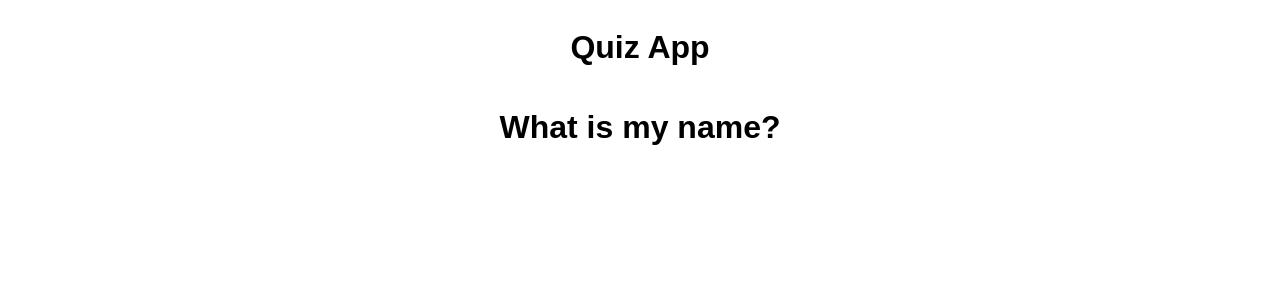
Repository: Wahid137/quiz-app
Page: /, after clicking the first element matching `button`
These files come from the project's save history. The page is drawn as it stood at one moment and after a run of saves; the edit follows.
The browser window is 1280 px wide. The pictures show the whole page.
The project was rebuilt for these pictures with package versions that can differ from the ones it lists, and the page was loaded fresh each time. Also part of the build but not shown: vite.config.js, src/components/EndScreen.jsx, src/index.css.

Above is the page before, as saved 2023-09-17 01:59:06.

### src/App.jsx
import { useState } from "react";
import "./App.css";
import { GameStateContext } from "./helpers/Context";
import Menu from "./components/Menu";
import Quiz from "./components/Quiz";
import EndScreen from "./components/EndScreen";

function App() {
  const [gameState, setGameState] = useState("menu");
  const [userName, setUserName] = useState("");
  const [score, setScore] = useState(0);

  return (
    <div className="App">
      <h1>Quiz App</h1>
      <GameStateContext.Provider
        value={{
          gameState,
          setGameState,
          userName,
          setUserName,
          score,
          setScore,
        }}
      >
        {gameState === "menu" && <Menu />}
        {gameState === "playing" && <Quiz />}
        {gameState === "finished" && <EndScreen />}
      </GameStateContext.Provider>
    </div>
  );
}

export default App;

### src/App.css
.App{
  text-align: center;
  font-family: arial;
  display: flex;
  justify-content: center;
  align-items: center;
  flex-direction: column;
}

.Menu{
  width: 500px;
  height: 500px;
  border-radius: 10px;
  background-color: lightseagreen;
  display: flex;
  flex-direction: column;
  justify-content: center;
  align-items: center;
}

.Menu input, button{
  width: 300px;
  height: 50px;
  margin: 5px;
  border: none;
  border-radius: 5px;
  font-size: 20px;

}

button:hover{
  background-color:black;
  color: white;
  cursor: pointer;
}

### src/components/Menu.jsx
import "../App.css";
import { useContext } from "react";
import { GameStateContext } from "../helpers/Context";

const Menu = () => {
  const { setGameState, setUsername } = useContext(GameStateContext);

  return (
    <div className="Menu">
      <label>Enter Your Name:</label>
      <input
        type="text"
        placeholder="Ex. Wahid Ahmed"
        onChange={(event) => setUsername(event.target.value)}
      />
      <button onClick={() => setGameState("playing")}>Start Quiz</button>
    </div>
  );
};

export default Menu;

### src/components/Quiz.jsx
import { useState } from "react";
import "../App.css";
import { Questions } from "../helpers/Questions";

const Quiz = () => {
  const [currentQuestion, setCurrentQuestion] = useState(0);

  return (
    <div className="Quiz">
      <h1>{Questions[currentQuestion].prompt}</h1>
    </div>
  );
};

export default Quiz;

### src/helpers/Questions.jsx
export const Questions = [
  {
    prompt: "What is my name?",
    optionA: "John",
    optionB: "Jake",
    optionC: "Josh",
    optionD: "Pedro",
    answer: "optionD",
  },
  {
    prompt: "Which of this is not a programming language?",
    optionA: "Python",
    optionB: "JavaScript",
    optionC: "MC-03",
    optionD: "Java",
    answer: "optionC",
  },
  {
    prompt: "Which of this is not a javascript framework?",
    optionA: "React",
    optionB: "Angular",
    optionC: "Vue",
    optionD: "Java",
    answer: "optionD",
  },
];

Loaded but not shown: index.html (common file); src/main.jsx (common file); src/helpers/Context.jsx (common file)

After the next 2 saves:
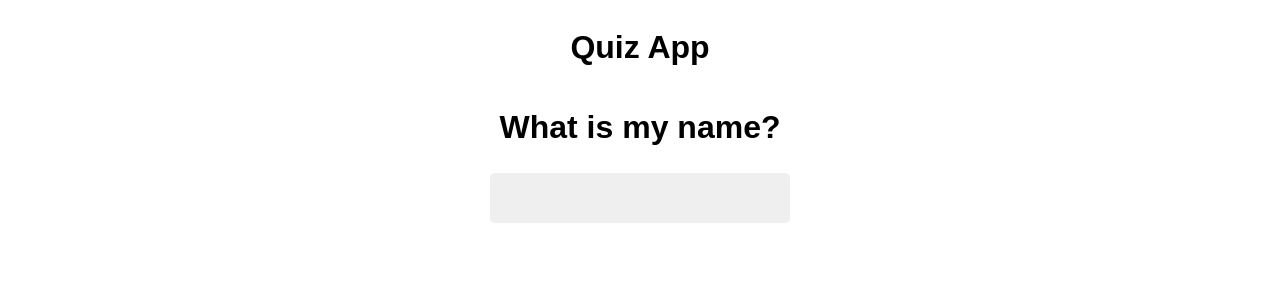
The 2 saves are shown as one change because 1 did not build or start.
The last was saved 3 min 10 s later.
--- a/src/components/Quiz.jsx
+++ b/src/components/Quiz.jsx
@@ -4,10 +4,14 @@ import { Questions } from "../helpers/Questions";
 
 const Quiz = () => {
   const [currentQuestion, setCurrentQuestion] = useState(0);
+  const [optionChosen, setOptionChosen] = useState("");
 
   return (
     <div className="Quiz">
       <h1>{Questions[currentQuestion].prompt}</h1>
+      <div className="questions">
+        <button onClick={() => s}></button>
+      </div>
     </div>
   );
 };
